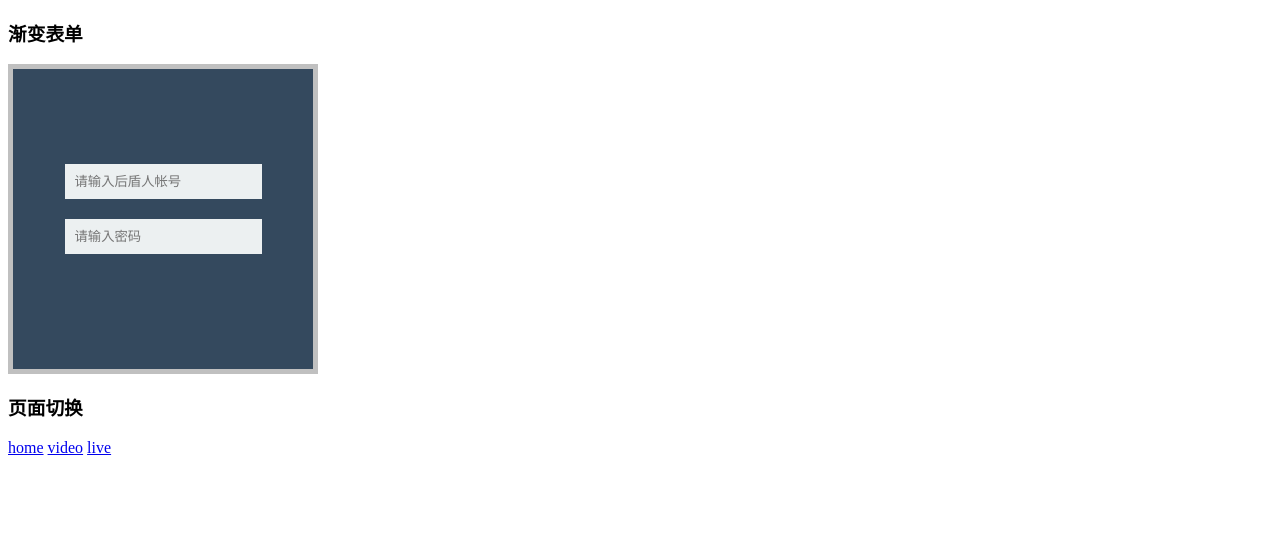
Repository: Aissd/animateDemo
Page: translate02.html
An editor plug-in stored every save of this project. The page is shown before and after the next save, followed by the edit.
The browser window is 1280 px wide. The pictures show the whole page.
The style sheet was rebuilt from its Sass, Less or Tailwind sources for each picture, by a compiler version that may differ from the author's.

Above is the page before, as saved 2020-05-13 09:06:49.

After the next save:
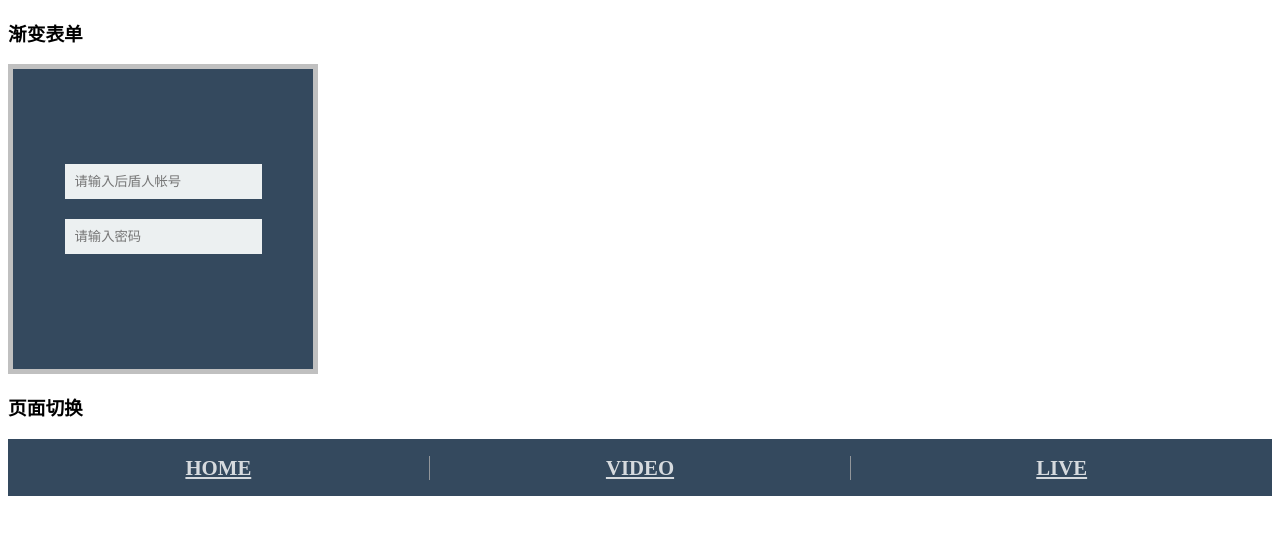
Saved 48 s later.
--- a/scss/translate02.scss
+++ b/scss/translate02.scss
@@ -74,29 +74,29 @@
         & > div:nth-of-type(3):target {
             background: #16a085;
         }
-        nav {
-            display: flex;
-            justify-content: space-around;
-            align-items: center;
-            height: 8vh;
-            text-align: center;
-            background: #34495e;
-            a {
-                flex: 1;
-                font-size: 1.3em;
-                text-transform: uppercase;
-                font-weight: bold;
-                opacity: .8;
-                color: white;
-                &:nth-child(2) {
-                    border-right: solid 1px #aaa;
-                    border-left: solid 1px #aaa;
-                }
-            }
-        }
         div i[class^="fa"] {
             font-size: 100px;
             color: white;
         }
     }
+    nav {
+        display: flex;
+        justify-content: space-around;
+        align-items: center;
+        height: 8vh;
+        text-align: center;
+        background: #34495e;
+        a {
+            flex: 1;
+            font-size: 1.3em;
+            text-transform: uppercase;
+            font-weight: bold;
+            opacity: .8;
+            color: white;
+            &:nth-child(2) {
+                border-right: solid 1px #aaa;
+                border-left: solid 1px #aaa;
+            }
+        }
+    }
 }
